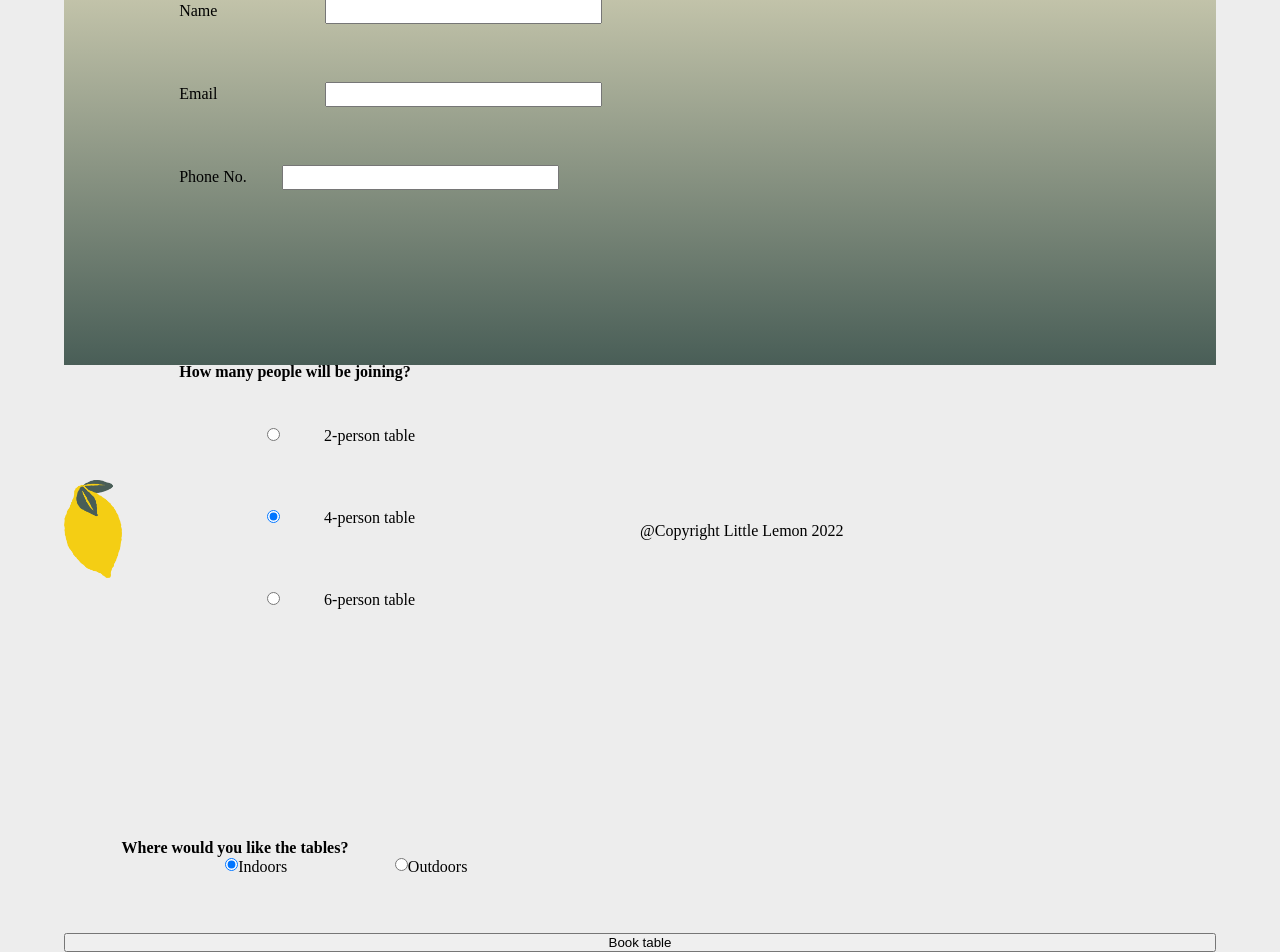
Repository: klone007/littleLemon
Page: index.html
An editor plug-in stored every save of this project. The page is shown before and after the next save, followed by the edit.
The browser window is 1280 px wide. The pictures show the part of the page from y = 3602 to 4554 px (the page is 4554 px tall).
A picture or video elsewhere on the page could not be fetched, so the positions and the page height are approximate. Backgrounds fixed to the window are drawn as part of the page.

Above is the page before, as saved 2022-11-17 13:41:33.

After the next save:
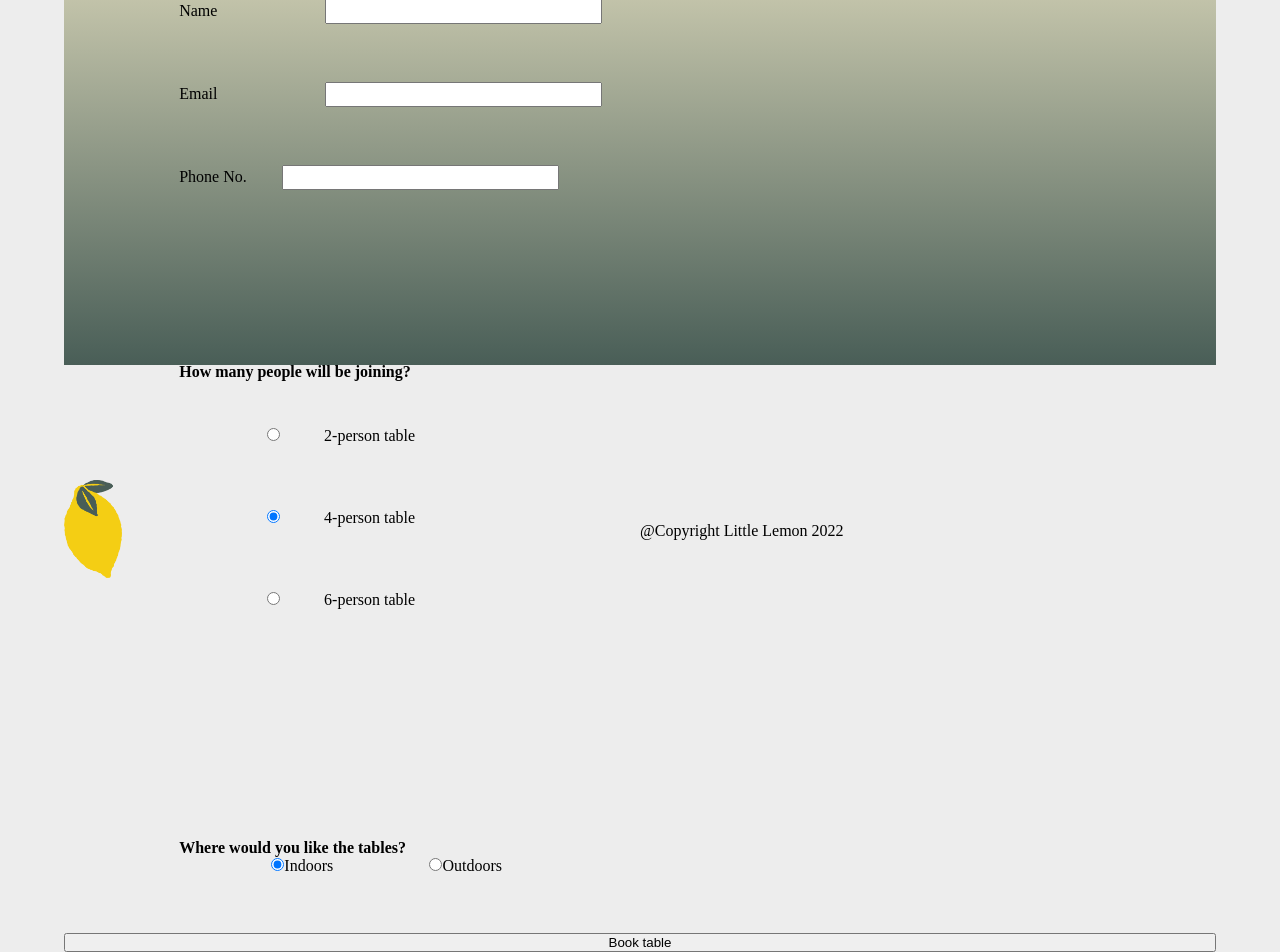
Saved 13 s later.
--- a/styles.css
+++ b/styles.css
@@ -536,5 +536,5 @@
 
 #location{
     border:0;
-    margin: 5% 5%;
-}
+    margin: 5% 10%;
+}
